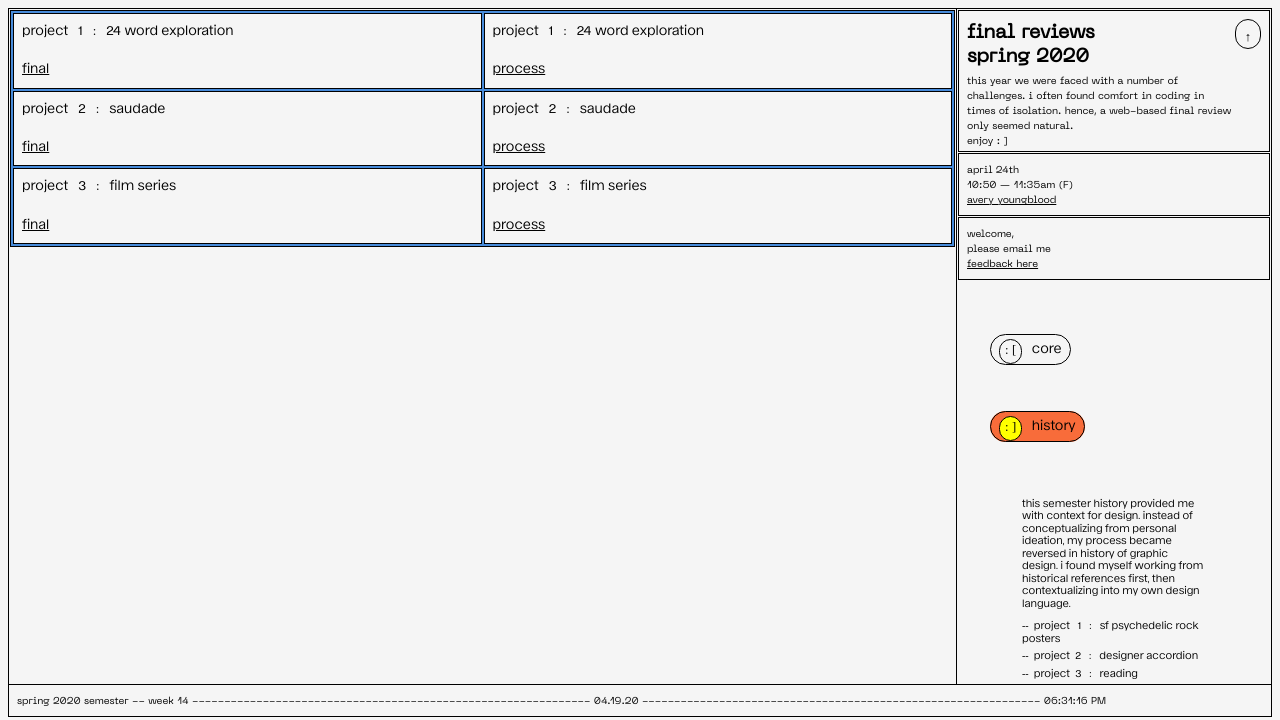
Repository: ayoungblood2/Spring-Semester-2020
Page: index v2/classes/printmaking.html
An editor plug-in stored every save of this project. The page is shown before and after the next save, followed by the edit.
The browser window is 1280 px wide. The pictures show the whole page.
Some web libraries are served in a nearby version.

Above is the page before, as saved 2020-04-19 21:28:17.

### index v2/classes/printmaking.html
<html lang="en">

    <head>

        <meta charset="UTF-8">
        <meta name="viewport" content="width=device-width, initial-scale=1.0">
        <meta http-equiv="X-UA-Compatible" content="ie=edge">
        <link rel="stylesheet" href="/index v2/assets/css/main.css">

        <link rel="apple-touch-icon" sizes="180x180" href="/index v2/assets/icon/favicon_io/apple-touch-icon.png">
        <link rel="icon" type="image/png" sizes="32x32" href="/index v2/assets/icon/favicon_io/favicon-32x32.png">
        <link rel="icon" type="image/png" sizes="16x16" href="/index v2/assets/icon/favicon_io/favicon-16x16.png">

        <!-- <META HTTP-EQUIV="refresh" CONTENT="5; URL=http://127.0.0.1:5500/index%20v2/index2.html"> -->


        <title> : ] [ :</title>


    </head>

    <body class="none">


        <div id="coords" data-html2canvas-ignore="true" style="color: black; top: 747px; left: 58px;">click(48,737)
        </div>


        <main class="Main">

            <!-- <header class="PageHeader PageHeader--home">

                <section class="PageHeader-classInfo">
                    april 24th
                    <br>10:50 — 11:35am (F)
                    <br><a href="https://www.art.yale.edu/AveryYoungblood" target="_blank"
                        class="PageHeader--link">avery
                        youngblood</a>
                </section>
            </header>

            <header class="PageHeader PageHeader--home">
                <section class="PageHeader-classInfo">
                    welcome,
                    <br> please email me
                    <br><a href="avery.youngblood@yale.edu" class="PageHeader--link">feedback here</a>
                </section>
            </header> -->




            <header class="grid-container">
                <a href="/index v2/classes/core-prct1-1.html" class="PageHeader--link--2">
                    <section class="grid-item">
                        project&nbsp;&nbsp;&nbsp;1&nbsp;&nbsp;&nbsp;:&nbsp;&nbsp;&nbsp;24 word
                        exploration
                        <br>&nbsp;
                        <br><span style="text-decoration: underline;">final</span>
                    </section>
                </a>

                <a href="/index v2/classes/core-prct1-2.html" class="PageHeader--link--2">
                    <section class="grid-item">
                        project&nbsp;&nbsp;&nbsp;1&nbsp;&nbsp;&nbsp;:&nbsp;&nbsp;&nbsp;24 word
                        exploration
                        <br>&nbsp;
                        <br><span style="text-decoration: underline;">process</span>
                    </section>
                </a>

                <a href="/index v2/classes/core-prct2-1.html" class="PageHeader--link--2">
                    <section class="grid-item">
                        project&nbsp;&nbsp;&nbsp;2&nbsp;&nbsp;&nbsp;:&nbsp;&nbsp;&nbsp;saudade
                        <br>&nbsp;
                        <br><span style="text-decoration: underline;">final</span>
                    </section>
                </a>

                <a href="/index v2/classes/core-prct2-2.html" class="PageHeader--link--2">
                    <section class="grid-item">
                        project&nbsp;&nbsp;&nbsp;2&nbsp;&nbsp;&nbsp;:&nbsp;&nbsp;&nbsp;saudade
                        <br>&nbsp;
                        <br><span style="text-decoration: underline;">process</span>
                    </section>
                </a>

                <a href="/index v2/classes/core-prct3-1.html" class="PageHeader--link--2">
                    <section class="grid-item">
                        project&nbsp;&nbsp;&nbsp;3&nbsp;&nbsp;&nbsp;:&nbsp;&nbsp;&nbsp;film series
                        <br>&nbsp;
                        <br><span style="text-decoration: underline;">final</span>
                    </section>
                </a>

                <a href="/index v2/classes/core-prct3-2.html" class="PageHeader--link--2">
                    <section class="grid-item">
                        project&nbsp;&nbsp;&nbsp;3&nbsp;&nbsp;&nbsp;:&nbsp;&nbsp;&nbsp;film series
                        <br>&nbsp;
                        <br><span style="text-decoration: underline;">process</span>
                    </section>
                </a>

            </header>

        </main>





        <header class="Header">

            <a href="/index v2/index2.html" class="Header-link">
                <div class="wrapper">

                    <span class="Header-title">
                        <h2>
                            <span class="Header-span">final reviews</span>
                            <span class="Header-span">spring 2020</span></h2>
                        <br>
                        <div class="content">
                            <p> this year we were faced with a number of challenges.
                                i often found comfort in coding in times of isolation.
                                hence, a web-based final review only seemed natural. </p>
                            <p> enjoy : ] </p>

                    </span>
                    </span>

                </div>

                </div>
                <button onClick="window.location.href=window.location.href" class="Header-arrow">
                    ↑
                </button>

            </a>

            <header class="PageHeader PageHeader--home">

                <section class="PageHeader-classInfo">
                    april 24th
                    <br>10:50 — 11:35am (F)
                    <br><a href="https://www.art.yale.edu/AveryYoungblood" target="_blank" class="PageHeader--link">avery
                        youngblood</a>
                </section>
            </header>

            <header class="PageHeader PageHeader--home">
                <section class="PageHeader-classInfo">
                    welcome,
                    <br> please email me
                    <br><a href="mailto:avery.youngblood@yale.edu" target="_blank" class="PageHeader--link">feedback here</a>
                </section>
            </header>

            <nav class="Nav is-home">

                <ul class="Nav-list">

                    <li class="Nav-item ">
                        <span>
                            <a href="/index v2/classes/core.html"
                                class="Nav-link view-more view-less" href="#" data-target="core">
                                core
                            </a>
                      </span>
                        <img src="/index v2/classes/core/project1/Avery_Slang_BW.png"
                            style="width:150%;transform:rotate(20deg);" class="page-header" />

                        <ul id="core" class="viewing-less">

                            <li class="more">
                                core became a way to discover process and refine my message, along with building the
                                fundamentals of graphic design.
                                core solidifies the conceptualization of flexible ideas into experimental print and
                                materiality so that one can understand the motive behind work.
                                <br><br><br>
                                <p>--&nbsp;&nbsp;project&nbsp;&nbsp;&nbsp;1&nbsp;&nbsp;&nbsp;:&nbsp;&nbsp;&nbsp;24 word
                                    exploration</p>
                                <br>
                                <p>--&nbsp;&nbsp;project&nbsp;&nbsp;2&nbsp;&nbsp;&nbsp;:&nbsp;&nbsp;&nbsp;saudade event</p>
                                <br>
                                <p>--&nbsp;&nbsp;project&nbsp;&nbsp;3&nbsp;&nbsp;&nbsp;:&nbsp;&nbsp;&nbsp;film posters</p>
                            </li>
                        </ul>

                    </li>


                    <li class="Nav-item ">
                        <span>
                            <a href="/index v2/index2.html" class="Nav-link-2" href="#" data-target="history">
                                history
                            </a>

                        </span>

                    <img src="/index v2/classes/history/other images/event_default_31_1.jpg"
                    style="width:60%;transform:rotate(-50deg);margin:50px;" class="page-header" />

                            <li class="more">
                                this semester history provided me with context for design. instead of conceptualizing
                                from
                                personal ideation,
                                my process became reversed in history of graphic design. i found myself working from
                                historical references first,
                                then contextualizing into my own design language.
                                <br><br><br>
                                <p>--&nbsp;&nbsp;project&nbsp;&nbsp;&nbsp;1&nbsp;&nbsp;&nbsp;:&nbsp;&nbsp;&nbsp;sf
                                    psychedelic rock posters</p>
                                <br>
                                <p>--&nbsp;&nbsp;project&nbsp;&nbsp;2&nbsp;&nbsp;&nbsp;:&nbsp;&nbsp;&nbsp;designer
                                    accordion
                                </p>
                                <br>
                                <p>--&nbsp;&nbsp;project&nbsp;&nbsp;3&nbsp;&nbsp;&nbsp;:&nbsp;&nbsp;&nbsp;reading</p>
                                <br>
                                <p>--&nbsp;&nbsp;project&nbsp;&nbsp;4&nbsp;&nbsp;&nbsp;:&nbsp;&nbsp;&nbsp;research &
                                    resources</p>
                            </li>


                    <li class="Nav-item ">
                        <span>
                            <a href="/index v2/classes/interactive.html"
                                class="Nav-link view-more view-less" href="#" data-target="interact">
                                interactive
                            </a>
                        </span>
                        <img src="/index v2/classes/interactive/web-as-site.png"
                            style="width:70%;transform:rotate(2deg);margin-top:300px;margin-left:300px;" />
                        <ul id="interact" class="viewing-less">

                            <li class="more">
                                we covered a lot in interactive this semester.
                                i've been actively learning HTML, CSS, and JavaScript, and experimenting ways to
                                introduce
                                these methods into my everyday studio practice.
                                the readings we had about the internet and the relationship to
                                embodied experience were eye-opening discussions.
                                everything of what i thought web-design "should-be" vanished. all expectations and
                                rules,
                                gone.
                                i learned there is a space for art in the web-space.
                                i appreciate the freedom of expression and encouragement of creativity from
                                conceptually-driven prompts in this class.
                                i want to incorporate this new perspective of organizing and translating design/process
                                into
                                an interactive space.
                                <br><br><br>
                                <p>--&nbsp;&nbsp;project&nbsp;&nbsp;&nbsp;1&nbsp;&nbsp;&nbsp;:&nbsp;&nbsp;&nbsp;list</p>
                                <br>
                                <p>--&nbsp;&nbsp;project&nbsp;&nbsp;2&nbsp;&nbsp;&nbsp;:&nbsp;&nbsp;&nbsp;clock</p>
                                <br>
                                <p>--&nbsp;&nbsp;project&nbsp;&nbsp;3&nbsp;&nbsp;&nbsp;:&nbsp;&nbsp;&nbsp;reading &
                                    resources</p>
                            </li>
                        </ul>
                    </li>


                    <li class="Nav-item ">
                        <span>
                            <a href="/index v2/classes/printmaking.html"
                                class="Nav-link view-more view-less" href="#" data-target="print">
                                printmaking
                            </a>
                        </span>
                        <img src="/index v2/classes/printmaking/reference pics/Screen Shot 2020-04-16 at 5.17.14 AM.png"
                            style="width:50%;transform:rotate(20deg);margin-top:200px;margin-left:10px;" />
                        <ul id="print" class="viewing-less">

                            <li class="more">
                                printmaking considers ways in which multiplicity, circulation, and archives have
                                functioned
                                within contemporary print based artworks.
                                We had visits to on-campus collections, collaborative studio work, and in class
                                discussions
                                of pertinent texts aim to place the
                                making of printed media within an expansive field of art practices.
                                Although, the second part of the semester was to focus on
                                how these concepts, materials, and forms connect to our own individual studio practices
                                through projects and printshop demonstrations focusing on the stencil and the book (we
                                still
                                had discussions of what we'd like to pursue in the future).
                                <br><br><br>
                                <p>--&nbsp;&nbsp;project&nbsp;&nbsp;&nbsp;1&nbsp;&nbsp;&nbsp;:&nbsp;&nbsp;&nbsp;reading
                                </p>
                                <br>
                                <p>--&nbsp;&nbsp;project&nbsp;&nbsp;2&nbsp;&nbsp;&nbsp;:&nbsp;&nbsp;&nbsp;research &
                                    resources</p>
                                <br>
                                <p>--&nbsp;&nbsp;project&nbsp;&nbsp;3&nbsp;&nbsp;&nbsp;:&nbsp;&nbsp;&nbsp;chapel street
                                    pole
                                </p>
                                <br>
                                <p>--&nbsp;&nbsp;project&nbsp;&nbsp;4&nbsp;&nbsp;&nbsp;:&nbsp;&nbsp;&nbsp;commissioned
                                    publication</p>
                            </li>
                        </ul>
                    </li>


                    <li class="Nav-item ">
                        <span>
                            <a href="/index v2/classes/independent.html"
                                class="Nav-link view-more view-less" href="#" data-target="ind">
                                independent
                            </a>
                        </span>
                        <img src="/index v2/classes/independent/we-need-to-talk/Screen Shot 2020-04-18 at 4.32.22 AM.png"
                            style="width:80%;transform:rotate(-63deg);margin:20px;" />
                        <ul id="ind" class="viewing-less">

                            <li class="more">
                                collaboration on all fronts. alvin (prelim GD) and amina (1st yr sculpture) became my
                                close
                                allies this semester.
                                our personal interests led the way in cultivating close-relationships,
                                along with intriguing long-term projects that i'm excited to continue and develop over
                                the
                                years.
                                <br>
                                the second half of the semester my attention and time became devoted to the covid-19
                                cause -
                                writing
                                and meeting and organizing 24/7 to work towards active nationwide solutions for the
                                future
                                of education.
                                <br><br><br>
                                <p>--&nbsp;&nbsp;project&nbsp;&nbsp;&nbsp;1&nbsp;&nbsp;&nbsp;:&nbsp;&nbsp;&nbsp;we-need-to-talk
                                </p>
                                <br>
                                <p>--&nbsp;&nbsp;project&nbsp;&nbsp;2&nbsp;&nbsp;&nbsp;:&nbsp;&nbsp;&nbsp;sonic rupture
                                </p>
                                <br>
                                <p>--&nbsp;&nbsp;project&nbsp;&nbsp;3&nbsp;&nbsp;&nbsp;:&nbsp;&nbsp;&nbsp;log & letters
                                </p>
                            </li>
                        </ul>
                    </li>
            </nav>

        </header>

        <span class="TimeStamp">spring semester week 01 04.15.20 05:07:06 PM</span>

        <script src="//ajax.googleapis.com/ajax/libs/jquery/1.7.1/jquery.min.js" type="text/javascript"></script>
        <script src="https://cdnjs.cloudflare.com/ajax/libs/moment.js/2.20.1/moment.min.js"></script>
        <script src="/index v2/assets/js/main.js"></script>
        <script src="/index v2/assets/js/scripts.js"></script>
        <script src="/index v2/assets/js/html2canvas.js"></script>




    </body>


</html>

<!-- yale school of art --
graphic design --
preliminary year --
final reviews --
spring 2020 -->

Loaded but not shown: index v2/assets/js/html2canvas.js (library); index v2/assets/js/scripts.js (193 lines, source omitted); index v2/assets/js/main.js (113 lines, source omitted); index v2/assets/css/main.css (1061 lines, source omitted)

After the next save:
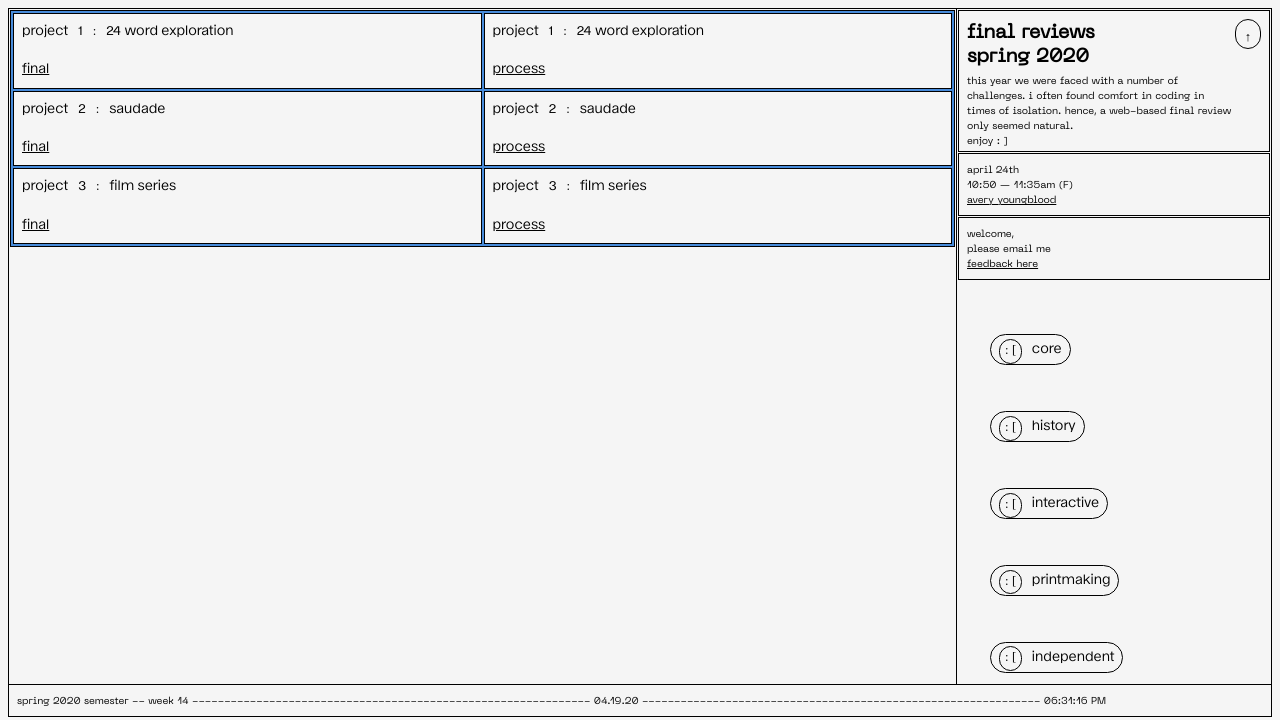
Saved 2 min 42 s later.
--- a/index v2/classes/printmaking.html
+++ b/index v2/classes/printmaking.html
@@ -191,14 +191,14 @@
 
                     <li class="Nav-item ">
                         <span>
-                            <a href="/index v2/index2.html" class="Nav-link-2" href="#" data-target="history">
+                            <a href="/index v2/classes/history.html"
+                                class="Nav-link view-more view-less" href="#" data-target="history">
                                 history
                             </a>
-
                         </span>
-
-                    <img src="/index v2/classes/history/other images/event_default_31_1.jpg"
-                    style="width:60%;transform:rotate(-50deg);margin:50px;" class="page-header" />
+                        <img src="/index v2/classes/history/other images/event_default_31_1.jpg"
+                            style="width:60%;transform:rotate(-50deg);margin:50px;" />
+                        <ul id="history" class="viewing-less">
 
                             <li class="more">
                                 this semester history provided me with context for design. instead of conceptualizing
@@ -220,6 +220,9 @@
                                 <p>--&nbsp;&nbsp;project&nbsp;&nbsp;4&nbsp;&nbsp;&nbsp;:&nbsp;&nbsp;&nbsp;research &
                                     resources</p>
                             </li>
+                        </ul>
+                    </li>
+
 
 
                     <li class="Nav-item ">
